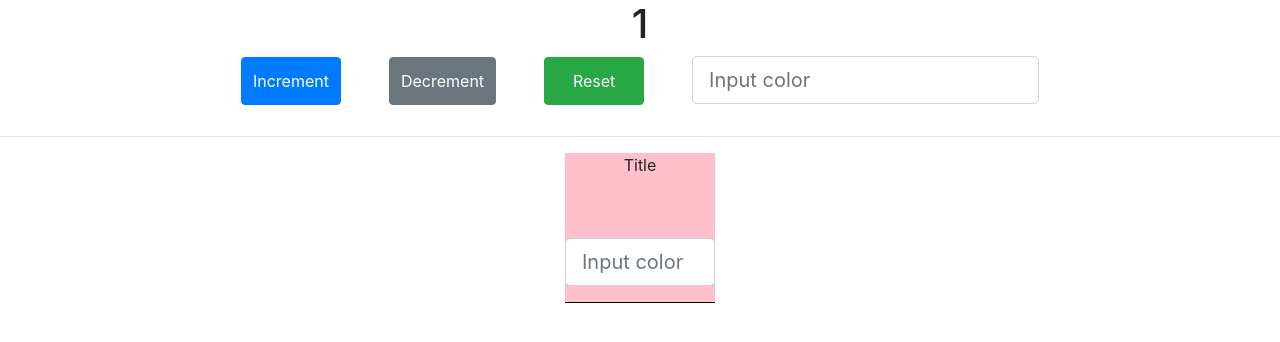
Repository: tts2610/redux-counter
Page: /
An editor plug-in stored every save of this project. The page is shown before and after the next save, followed by the edit.
The browser window is 1280 px wide. The pictures show the whole page.
The project was rebuilt for these pictures with package versions that can differ from the ones it lists, and the page was loaded fresh each time.

Above is the page before, as saved 2020-06-09 19:08:11.

After the next save:
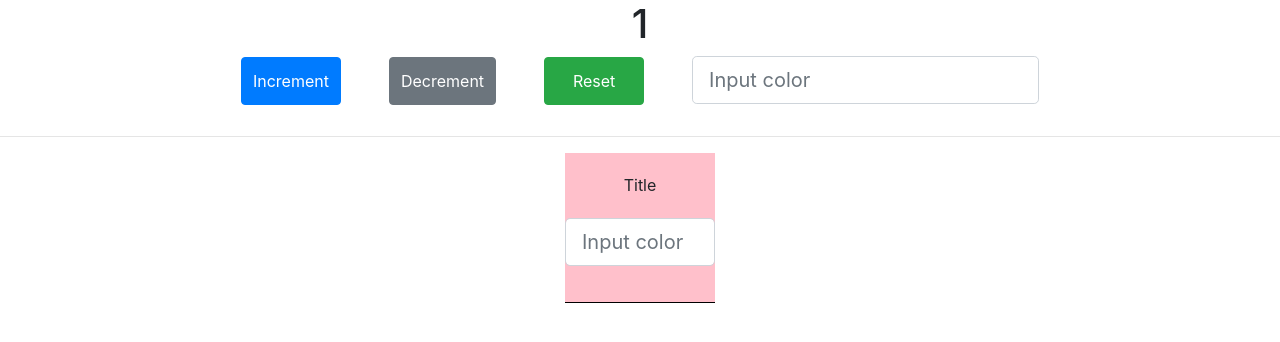
Saved 41 s later.
--- a/src/App.js
+++ b/src/App.js
@@ -17,7 +17,7 @@ function App() {
         style={{
           display: "flex",
           flexDirection: "column",
-          justifyContent: "space-between",
+          justifyContent: "space-evenly",
           width: "150px",
           height: "150px",
           backgroundColor: `${divArr[index] ? divArr[index] : color}`,
